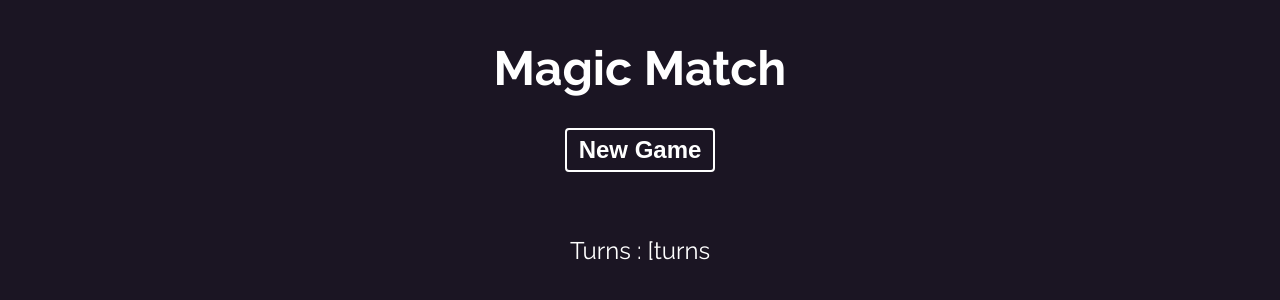
Repository: ankur28/memory-game-app
Page: /
An editor plug-in stored every save of this project. The page is shown before and after the next save, followed by the edit.
The browser window is 1280 px wide. The pictures show the whole page.
The project was rebuilt for these pictures with package versions that can differ from the ones it lists, and the page was loaded fresh each time. Also part of the build but not shown: src/components/SingleCard.css, src/components/SingleCard.js.

Above is the page before, as saved 2022-03-14 22:59:37.

After the next save:
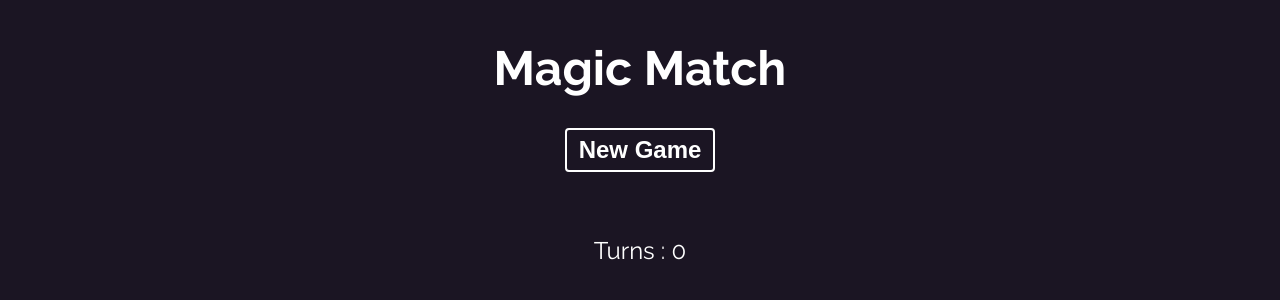
Saved 6 s later.
--- a/src/App.js
+++ b/src/App.js
@@ -81,7 +81,7 @@ const resetTurn = () => {
         />
       ))}
       </div>
-      <p>Turns : [turns</p>
+      <p>Turns : {turns}</p>
       </>
   );
 }
